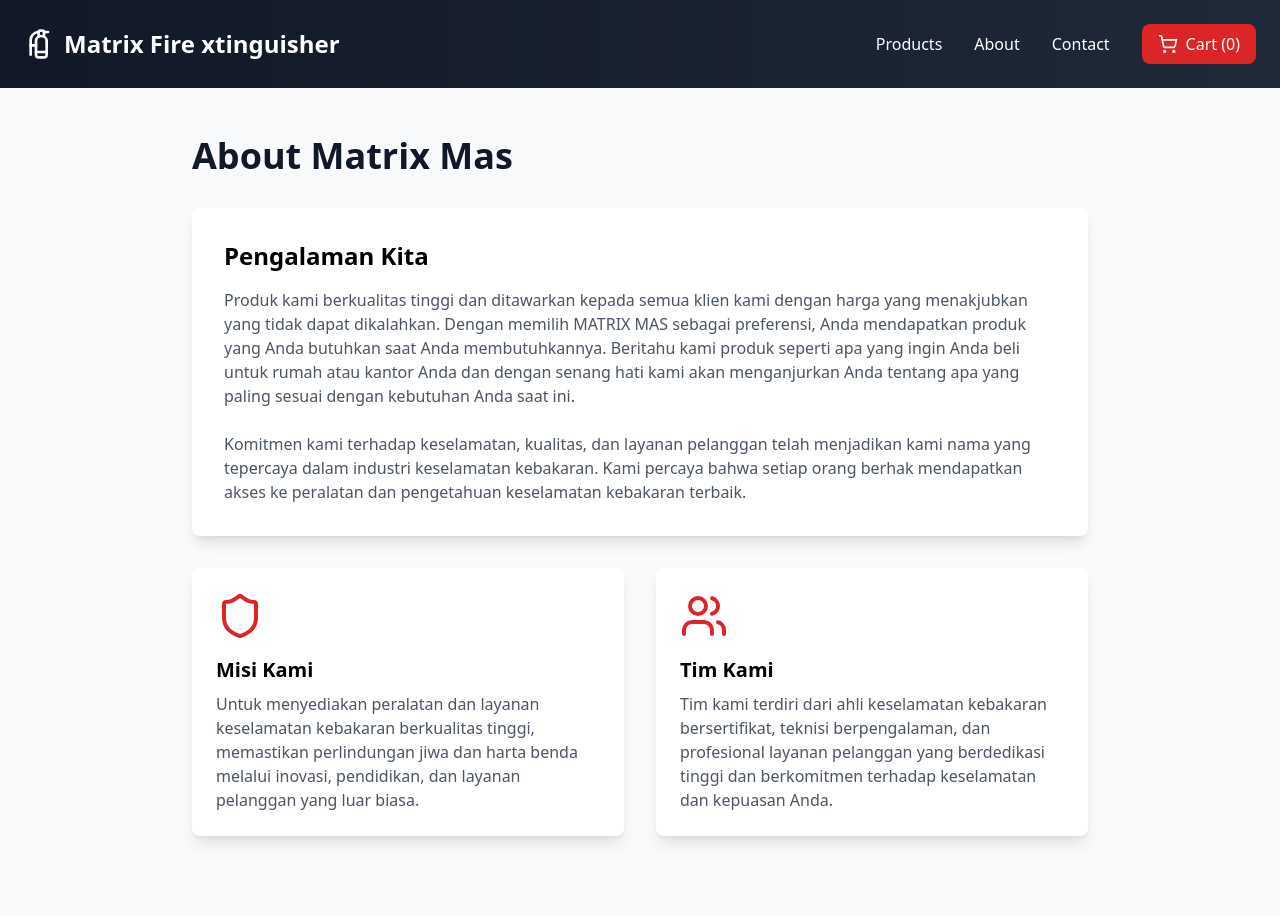
Repository: matrixmas/matrixmas.github.io
Page: /about
These files come from the project's save history. The page is drawn as it stood at one moment and after the next save; the edit follows.
The browser window is 1280 px wide. The pictures show the whole page.
The project was rebuilt for these pictures with package versions that can differ from the ones it lists, and the page was loaded fresh each time. Also part of the build but not shown: vite.config.ts, src/pages/Home.tsx, src/pages/Products.tsx, src/pages/ProductDetail.tsx, src/pages/Contact.tsx.

Above is the page before, as saved 2025-02-04 14:18:18.

After the next save:
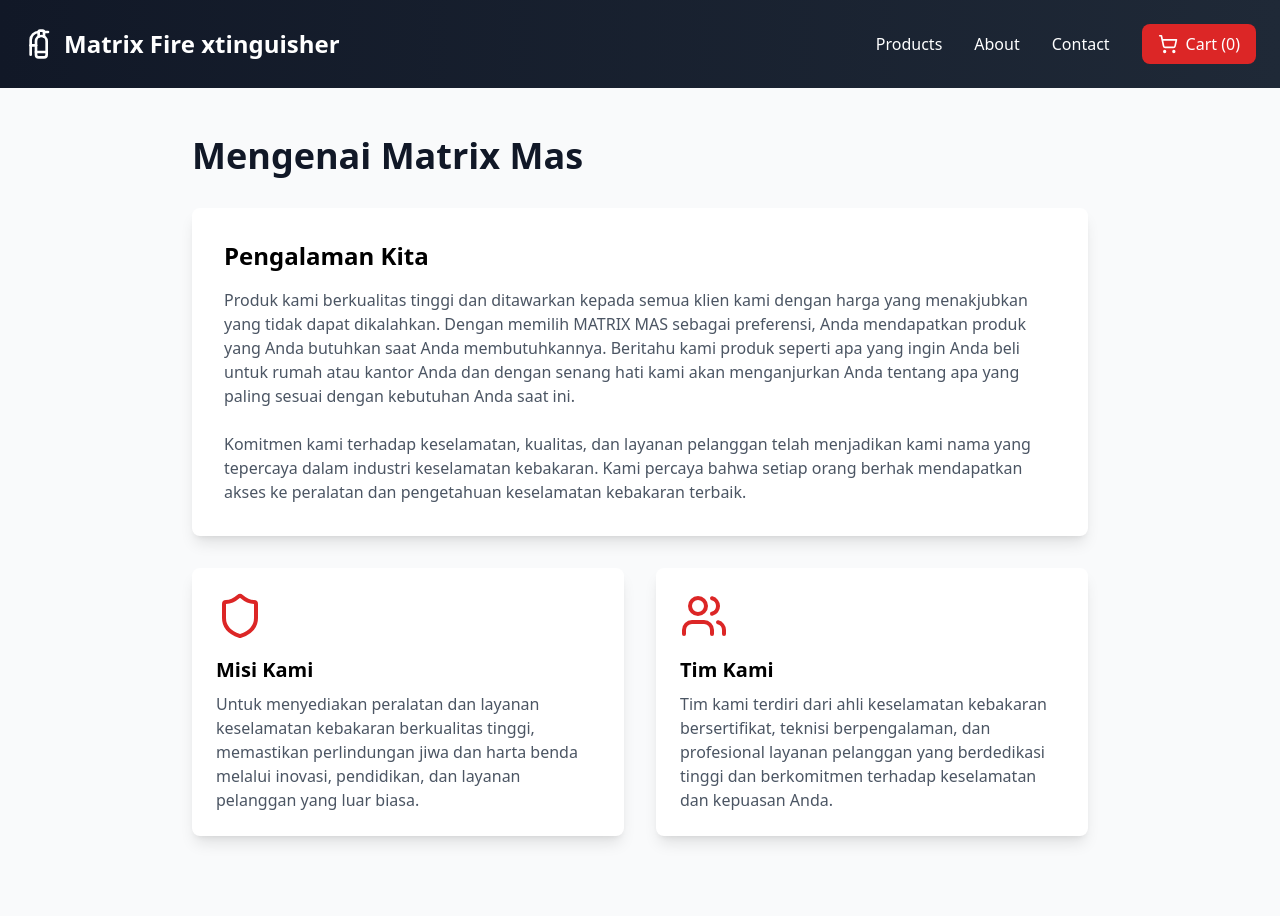
Saved 12 s later.
--- a/src/pages/About.tsx
+++ b/src/pages/About.tsx
@@ -9,7 +9,7 @@ export default function About() {
       <div className="py-12">
         <div className="container mx-auto px-6">
           <div className="max-w-4xl mx-auto">
-            <h1 className="text-4xl font-bold text-gray-900 mb-8">About Matrix Mas</h1>
+            <h1 className="text-4xl font-bold text-gray-900 mb-8">Mengenai Matrix Mas</h1>
 
             <div className="bg-white rounded-lg shadow-lg p-8 mb-8">
               <h2 className="text-2xl font-bold mb-4">Pengalaman Kita</h2>
